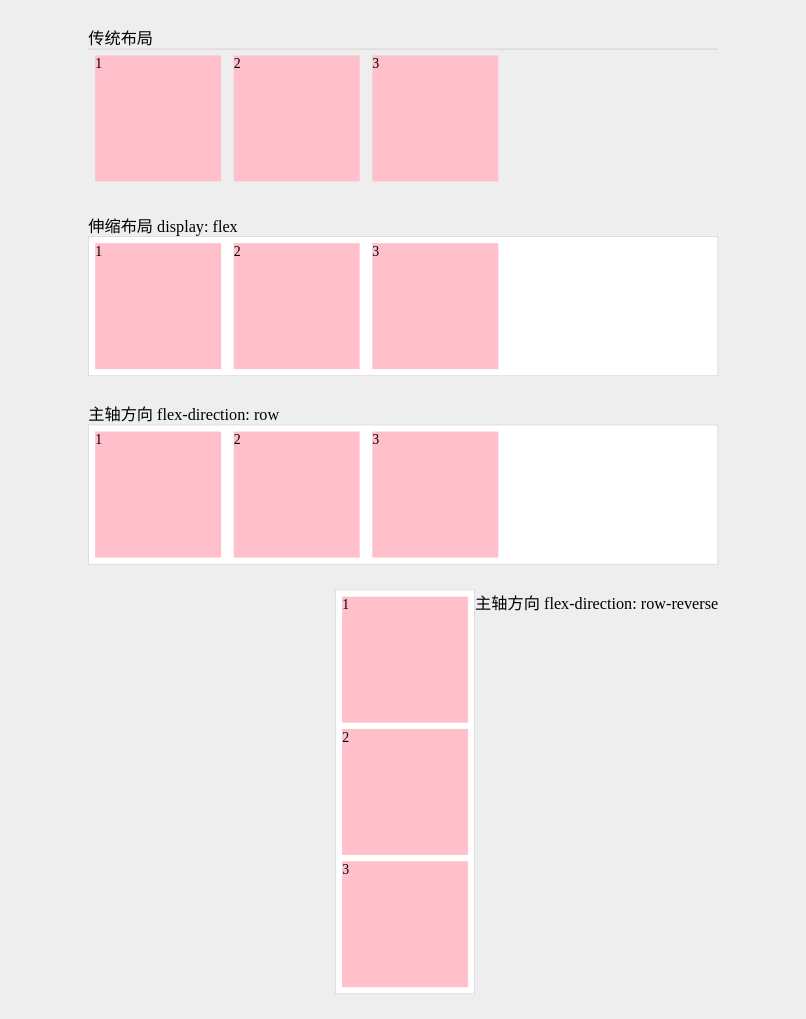
Repository: Germtao/Web
Page: web_css/css3_FLEX布局.html
These files come from the project's save history. The page is drawn as it stood at one moment and after the next save; the edit follows.
The browser window is 1280 px wide. The pictures show the whole page, at 63% of full size.

Above is the page before, as saved 2020-11-04 11:12:57.

### web_css/css3_FLEX布局.html
<!DOCTYPE html>
<html lang="en">

<head>
  <meta charset="UTF-8">
  <meta name="viewport" content="width=device-width, initial-scale=1.0">
  <title>CSS3-FLEX布局</title>

  <style>
    * {
      margin: 0;
      padding: 0;
      list-style: none;
    }

    body {
      background-color: #eee;
      font-family: "Microsoft Yahei";
      font-size: 22px;
    }

    h3 {
      font-weight: normal;
    }

    section {
      width: 1000px;
      margin: 40px auto;
    }

    ul {
      background-color: #fff;
      border: 1px solid #ccc;
    }

    ul li {
      width: 200px;
      height: 200px;
      background-color: pink;
      margin: 10px;
    }

    section:nth-child(1) {
      /* 清除浮动 */
      overflow: hidden;
    }

    section:nth-child(1) ul li {
      float: left;
    }

    /* 设置伸缩盒子 */
    section:nth-child(2) ul {
      display: flex;
    }

    /* 主轴方向 flex-direction:row */
    section:nth-child(3) ul {
      display: flex;
      flex-direction: row;
    }

    /* 主轴方向 flex-direction: row-reverse */
    section:nth-child(4) {
      display: flex;
      /* 水平翻转 */
      flex-direction: row-reverse;
    }
  </style>
</head>

<body>
  <section>
    <h3>传统布局</h3>
    <ul>
      <li>1</li>
      <li>2</li>
      <li>3</li>
    </ul>
  </section>

  <section>
    <h3>伸缩布局 display: flex</h3>
    <ul>
      <li>1</li>
      <li>2</li>
      <li>3</li>
    </ul>
  </section>

  <section>
    <h3>主轴方向 flex-direction: row</h3>
    <ul>
      <li>1</li>
      <li>2</li>
      <li>3</li>
    </ul>
  </section>

  <section>
    <h3>主轴方向 flex-direction: row-reverse</h3>
    <ul>
      <li>1</li>
      <li>2</li>
      <li>3</li>
    </ul>
  </section>
</body>

</html>

After the next save:
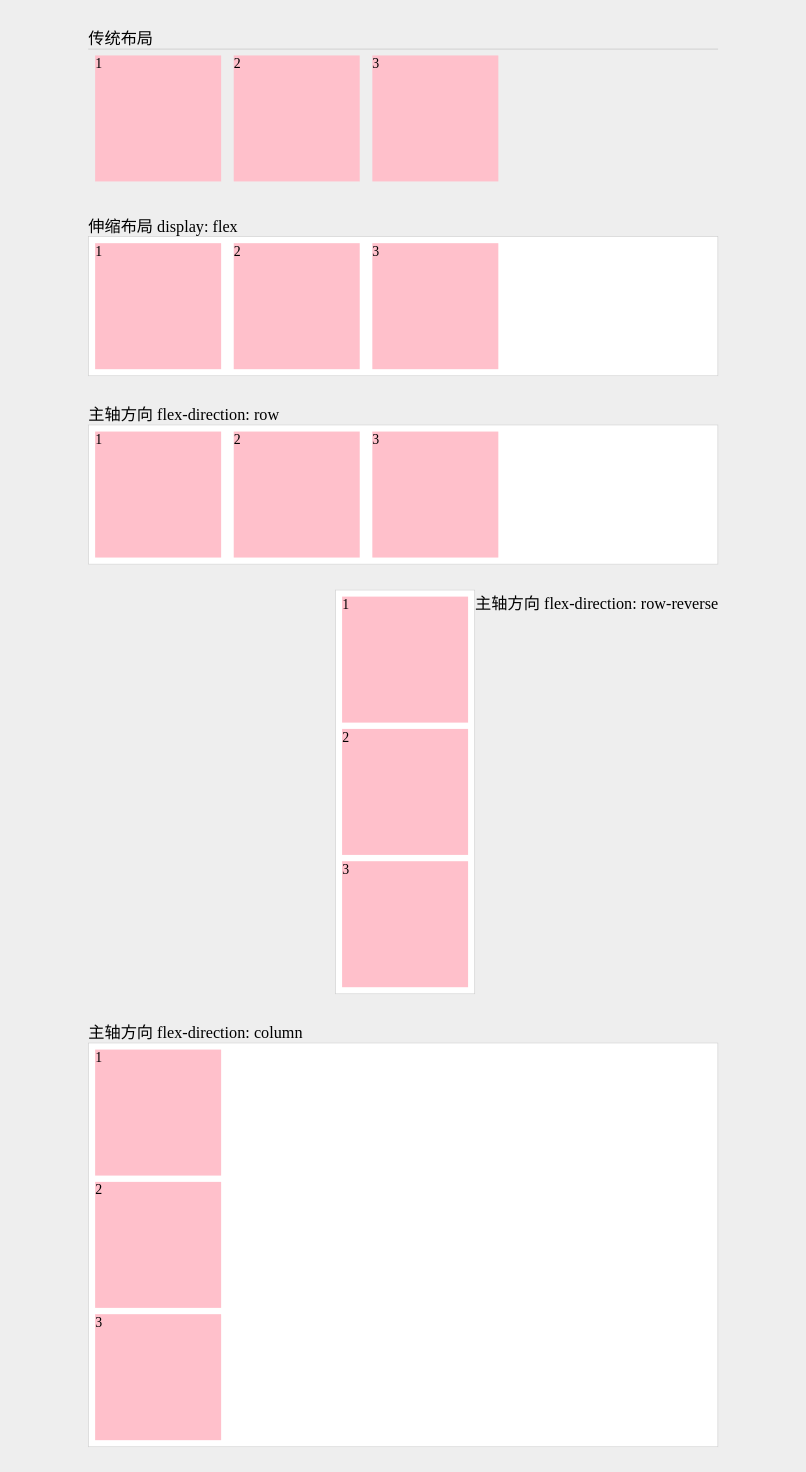
Saved 50 s later.
--- a/web_css/css3_FLEX布局.html
+++ b/web_css/css3_FLEX布局.html
@@ -105,6 +105,15 @@
       <li>3</li>
     </ul>
   </section>
+
+  <section>
+    <h3>主轴方向 flex-direction: column</h3>
+    <ul>
+      <li>1</li>
+      <li>2</li>
+      <li>3</li>
+    </ul>
+  </section>
 </body>
 
 </html>
